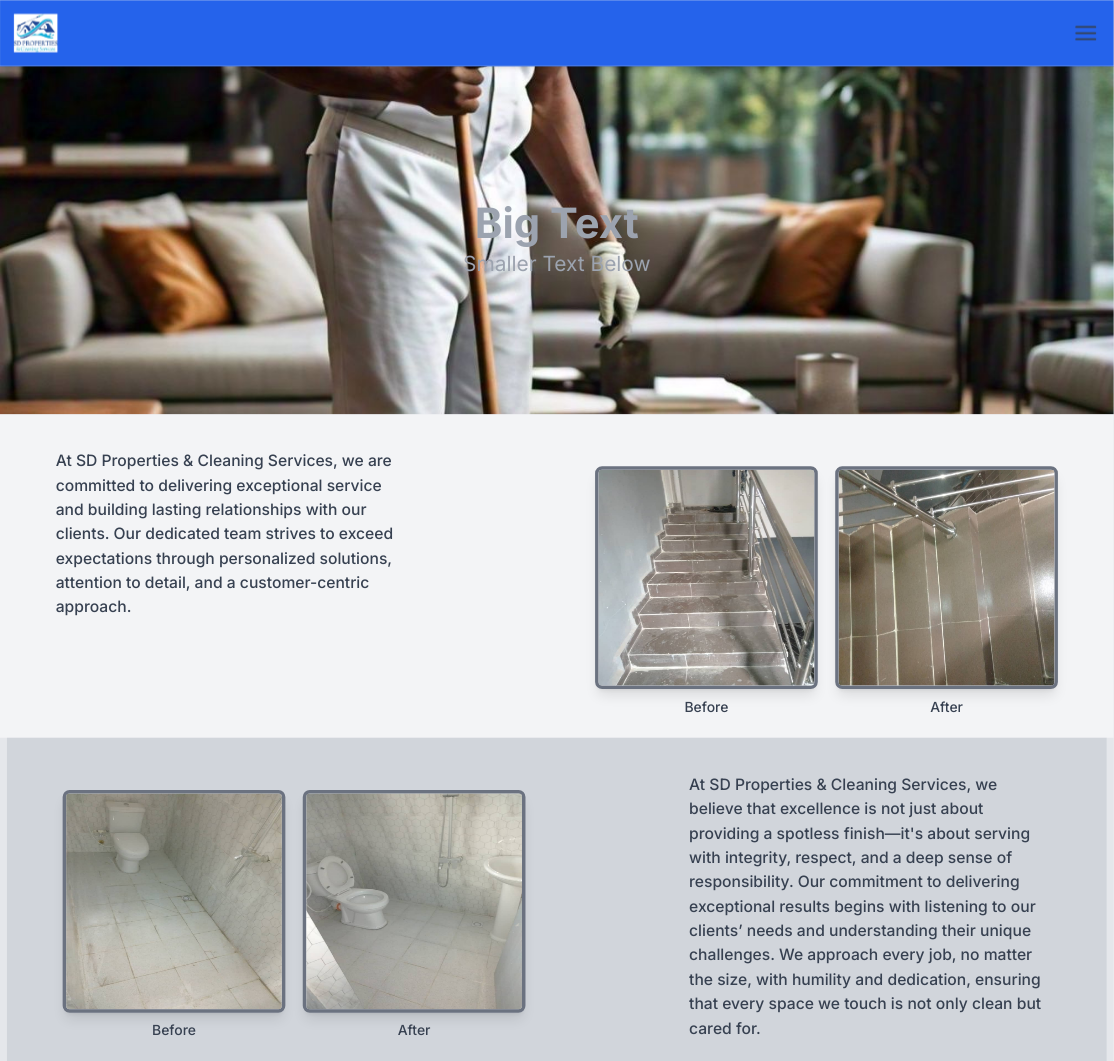
Repository: devmskhan/sdpropandclean
Page: /
These files come from the project's save history. The page is drawn as it stood at one moment and after a run of saves; the edit follows.
The browser window is 1280 px wide. The pictures show the whole page, at 87% of full size.
The project was rebuilt for these pictures with package versions that can differ from the ones it lists, and the page was loaded fresh each time. The framework's server and built-in components were replaced by stand-ins that run in the browser. Also part of the build but not shown: next.config.mjs.

Above is the page before, as saved 2024-09-03 13:26:18.

### app/layout.tsx
import type { Metadata } from "next";
import { Inter } from "next/font/google";
import "./globals.css";

const inter = Inter({ subsets: ["latin"] });

export const metadata: Metadata = {
  title: "SD Properties & Cleaning",
  description: "Provision of Houses and Cleanliness of Homes is our apex goal",
};

export default function RootLayout({
  children,
}: Readonly<{
  children: React.ReactNode;
}>) {
  return (
    <html lang="en">
      <body className={inter.className}>{children}</body>
    </html>
  );
}

### app/page.tsx
import Header from '../components/Header';
import Body from '../components/Body';

export default function Home() {
  return (
    <main className="min-h-screen bg-gray-200">
      <Header />
      <Body />
    </main>
  );
}

### components/Header.tsx
import Image from "next/image";
import { Bars3Icon } from '@heroicons/react/24/solid'


function Header() {
    return (
      <header className="sticky top-0 z-10 flex justify-between items-center p-4 bg-blue-600 shadow-md">
      <div className="flex items-center">
        <Image
          src="/sdlogo.jpg"
          alt="Logo"
          width={50}
          height={50}
          className="cursor-pointer"
        />
      </div>

      <div className="cursor-pointer">
        <Bars3Icon className="h-8 w-8 text-gray-700" />
      </div>
    </header>

    )
}

export default Header;

### components/Body.tsx



function Body() {
    return (
        <div>
            <div className="relative w-full h-[400px] bg-cover bg-center text-gray-400"
         style={{ backgroundImage: 'url("/pic1.jpg")' }}>
      <div className="absolute inset-0 flex flex-col justify-center items-center text-center">
        {/* Larger Text */}
        <h1 className="text-5xl font-bold mb-2">
          Big Text
        </h1>
        {/* Smaller Text */}
        <p className="text-2xl">
          Smaller Text Below
        </p>
      </div>
    </div>

    <div>

    </div>

      <div className="flex justify-between p-6 bg-gray-100">
  <div className="max-w-md text-left mr-12"> {/* Increased margin-right for larger space */}
    <p className="text-lg font-medium text-gray-700 mt-4 ml-10">
      At SD Properties & Cleaning Services, we are committed to delivering exceptional service and building lasting relationships with our clients. Our dedicated team strives to exceed expectations through personalized solutions, attention to detail, and a customer-centric approach.
    </p>
  </div>
  <div className="flex space-x-5 mt-4 mr-10">
  <div className="flex flex-col items-center">
    <img src="stairsb.jpg" alt="Top Image" className="mt-5 w-64 h-64 rounded-lg shadow-lg border-gray-500 border-solid border-4" />
    <span className="mt-2 text-gray-700 font-medium">Before</span>
  </div>
  <div className="flex flex-col items-center">
    <img src="stairsaft.jpg" alt="Bottom Image" className="mt-5 w-64 h-64 rounded-lg shadow-lg border-gray-500 border-solid border-4" />
    <span className="mt-2 text-gray-700 font-medium">After</span>
  </div>
</div>

</div>

<div className="flex justify-between p-6 bg-gray-300 mx-2">

<div className="flex space-x-5 mt-4 ml-10">
<div className="flex flex-col items-center">
  <img src="tltaft.jpg" alt="Top Image" className="mt-5 w-64 h-64 rounded-lg shadow-lg border-gray-500 border-solid border-4" />
  <span className="mt-2 text-gray-700 font-medium">Before</span>
</div>
<div className="flex flex-col items-center">
  <img src="tltbf.jpg" alt="Bottom Image" className="mt-5 w-64 h-64 rounded-lg shadow-lg border-gray-500 border-solid border-4" />
  <span className="mt-2 text-gray-700 font-medium">After</span>
</div>
</div>
<div className="max-w-md text-left mr-12"> {/* Increased margin-right for larger space */}
  <p className="text-lg font-medium text-gray-700 mt-4 ml-10">
  At SD Properties & Cleaning Services, we believe that excellence is not just about providing a spotless finish—it's about serving with integrity, respect, and a deep sense of responsibility. Our commitment to delivering exceptional results begins with listening to our clients’ needs and understanding their unique challenges. We approach every job, no matter the size, with humility and dedication, ensuring that every space we touch is not only clean but cared for.
  </p>
</div>

</div>


        </div>


    )
}

export default Body;

Loaded but not shown: app/globals.css (common file); tailwind.config.ts (common file)

After the next 3 saves:
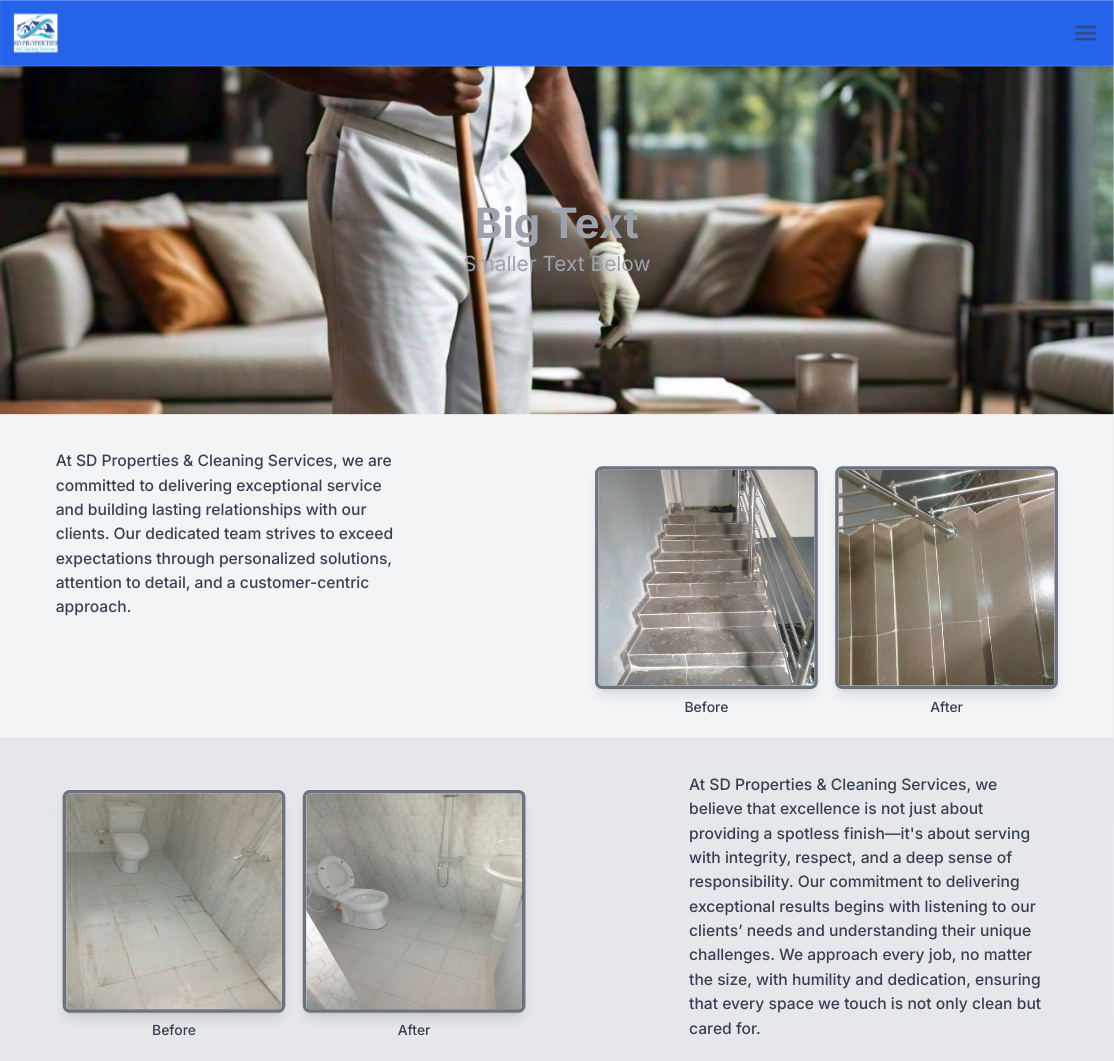
The 3 saves are shown as one change because they came seconds apart.
The last was saved 45 s later.
--- a/components/Body.tsx
+++ b/components/Body.tsx
@@ -41,7 +41,7 @@ function Body() {
 
 </div>
 
-<div className="flex justify-between p-6 bg-gray-300 mx-2">
+<div className="flex justify-between p-6 bg-gr mx-2">
 
 <div className="flex space-x-5 mt-4 ml-10">
 <div className="flex flex-col items-center">
